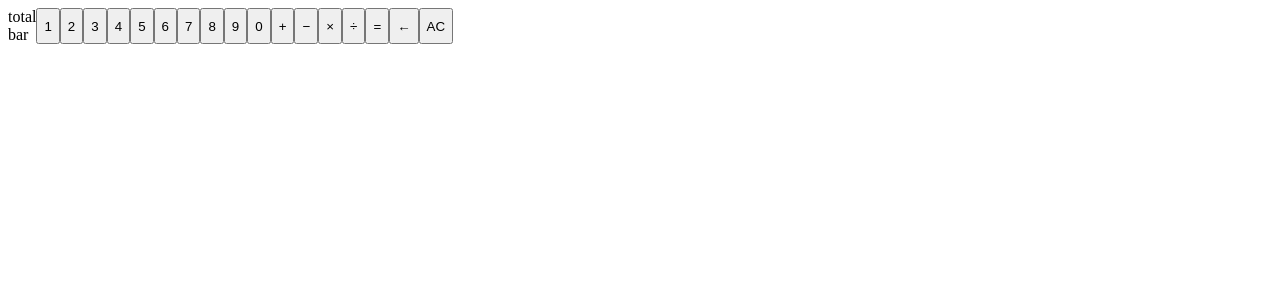
Repository: KaylaDamons/LAB-calculator
Page: index.html
An editor plug-in stored every save of this project. The page is shown before and after the next save, followed by the edit.
The browser window is 1280 px wide. The pictures show the whole page.

Above is the page before, as saved 2024-01-13 17:16:34.

After the next save:
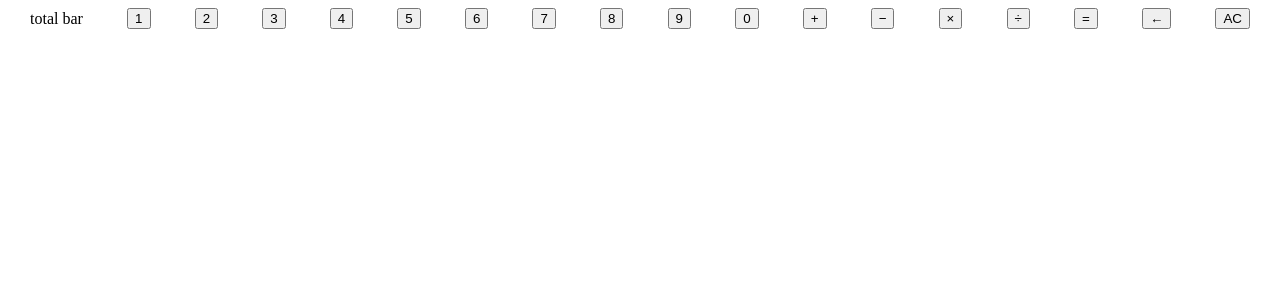
Saved 3 min 54 s later.
--- a/main.css
+++ b/main.css
@@ -3,5 +3,7 @@
 
 .wrapper {
   display: flex;
-  width: 400px;
+  justify-content: space-around;
+  align-items: center;
+  width: 100%;
 }
